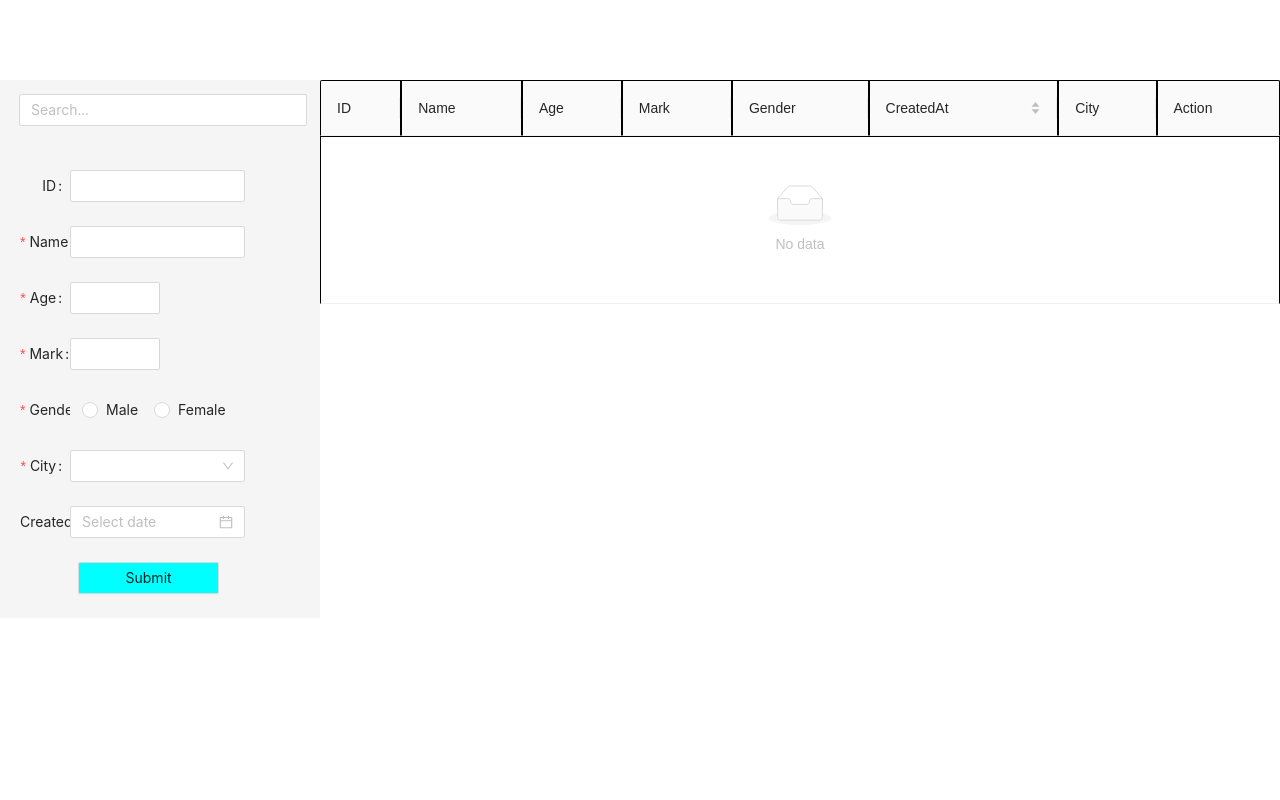
Repository: haminhdat1407/react-api-student
Page: /
These files come from the project's save history. The page is drawn as it stood at one moment and after the next save; the edit follows.
The browser window is 1280 px wide. The pictures show the whole page.
The page's requests for data from a server got no answer. The project was rebuilt for these pictures with package versions that can differ from the ones it lists, and the page was loaded fresh each time. No one was signed in, and anything a server would have sent is missing. Also part of the build but not shown: src/styles.css.

Above is the page before, as saved 2022-03-13 23:30:05.

After the next save:
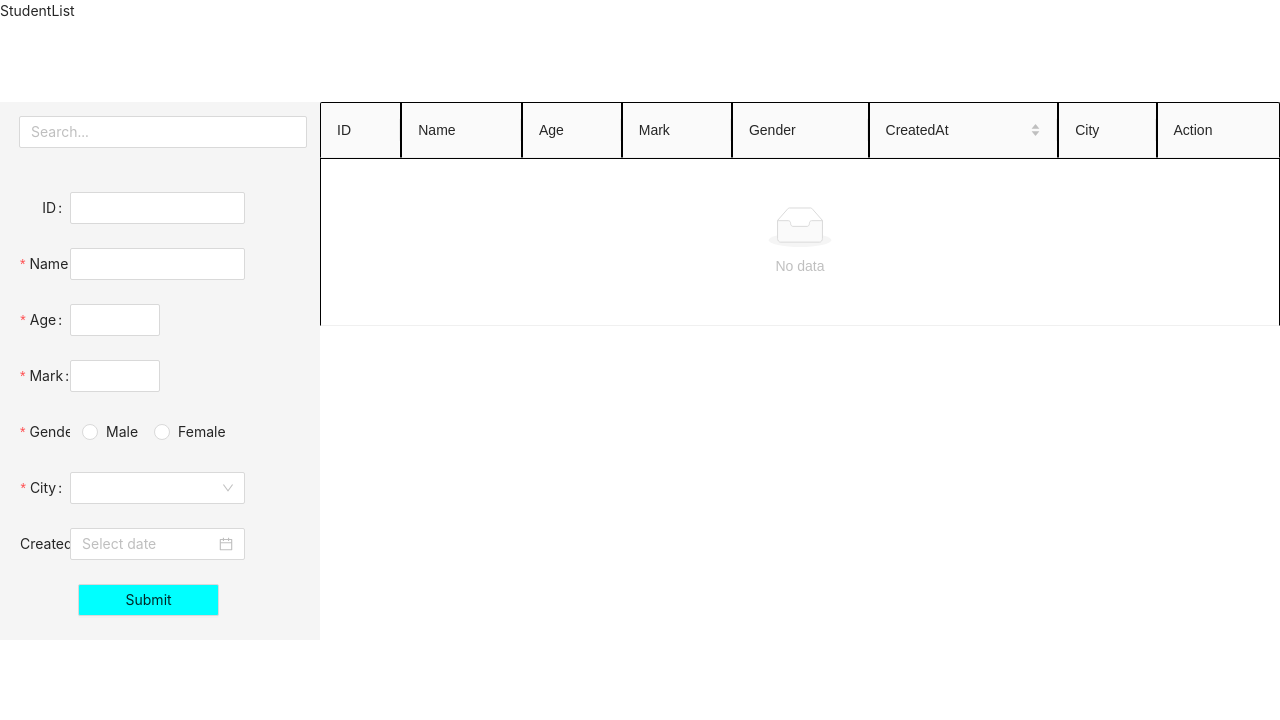
Saved 33 s later.
--- a/src/App.js
+++ b/src/App.js
@@ -110,6 +110,7 @@ export default function App() {
 
   return (
     <>
+      <label>StudentList</label>
       <Row style={{ marginTop: '80px' }}>
         <Col span={18} push={6}>
           <StudentList
